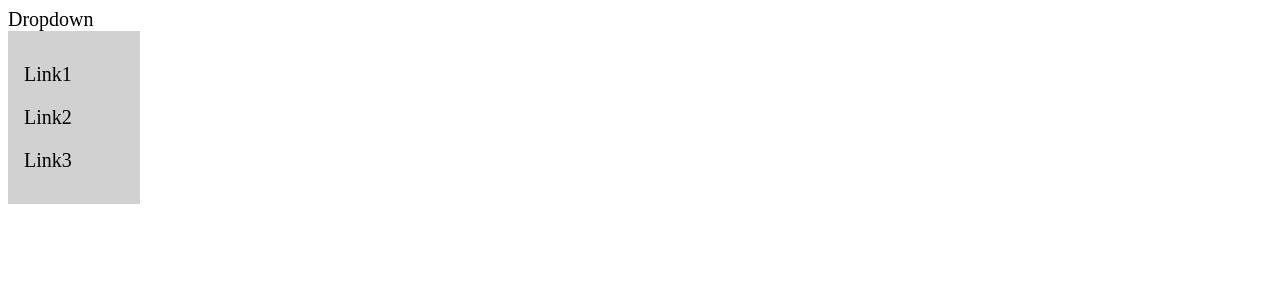
Repository: nvngon2604/Git
Page: web/index.html
These files come from the project's save history. The page is drawn as it stood at one moment and after the next save; the edit follows.
The browser window is 1280 px wide. The pictures show the whole page.
Some web libraries are served in a nearby version.

Above is the page before, as saved 2020-05-10 11:14:05.

After the next save:
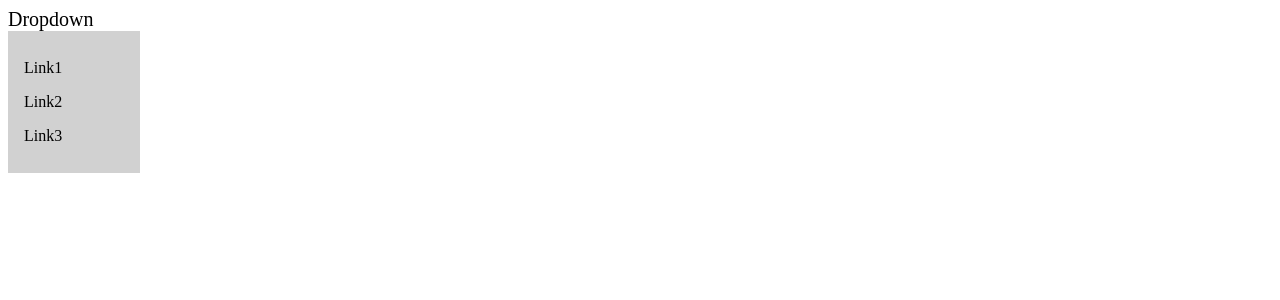
Saved 25 s later.
--- a/web/web.css
+++ b/web/web.css
@@ -1,5 +1,7 @@
 .dropdown {
     position: relative;
+}
+.dropdown span {
     font-size: 20px;
 }
 .dropdown-content {
